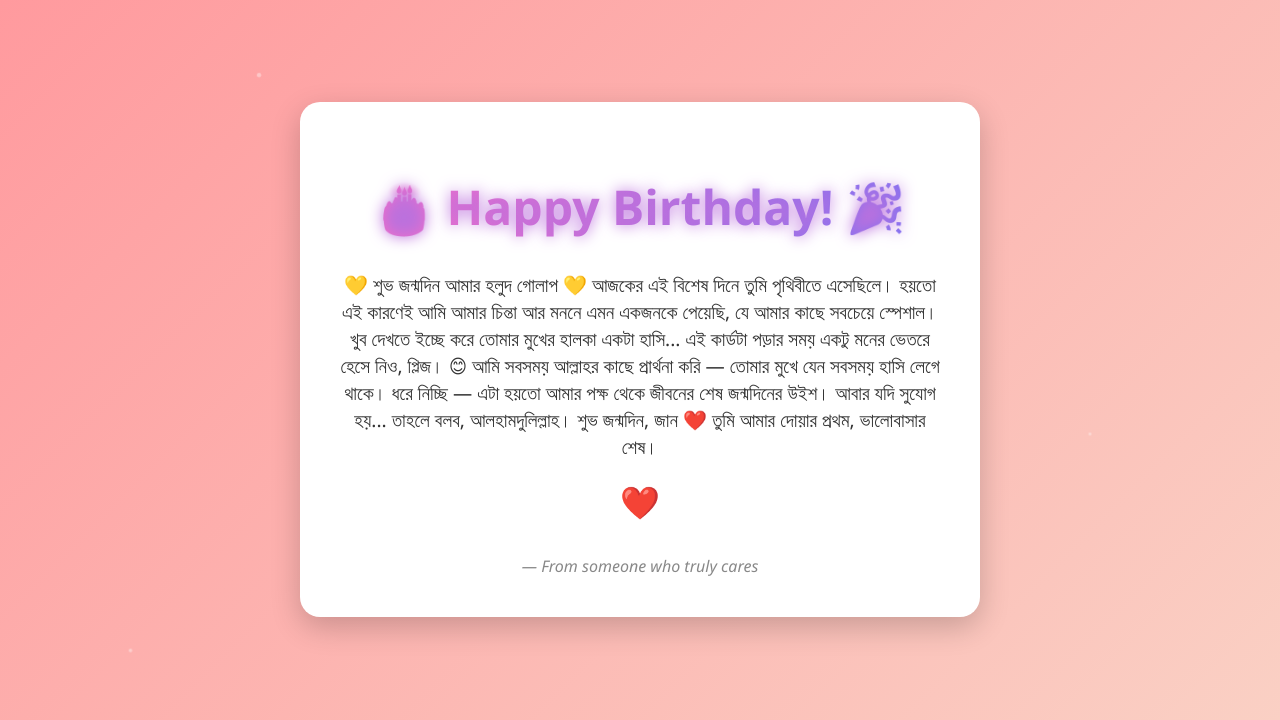
Repository: tanimtanzilislam/Card
Page: index.html
These files come from the project's save history. The page is drawn as it stood at one moment and after the next save; the edit follows.
The browser window is 1280 px wide. The pictures show the whole page.

Above is the page before, as saved 2025-05-29 21:15:40.

### index.html
<!DOCTYPE html>
<html lang="en">
<head>
  <meta charset="UTF-8">
  <title>Happy Birthday!</title>
  <style>
    body {
      margin: 0;
      padding: 0;
      background: linear-gradient(135deg, #ff9a9e 0%, #fad0c4 100%);
      font-family: 'Segoe UI', Tahoma, Geneva, Verdana, sans-serif;
      display: flex;
      align-items: center;
      justify-content: center;
      height: 100vh;
      overflow: hidden;
    }

    .card {
      background: white;
      border-radius: 20px;
      box-shadow: 0 10px 30px rgba(0,0,0,0.2);
      padding: 40px;
      max-width: 600px;
      text-align: center;
      animation: popIn 1s ease-out forwards;
      transform: scale(0.5);
    }

    @keyframes popIn {
      to {
        transform: scale(1);
      }
    }

    h1 {
      font-size: 3em;
      background: linear-gradient(90deg, #ff6ec4, #7873f5);
      -webkit-background-clip: text;
      -webkit-text-fill-color: transparent;
      animation: glow 2s ease-in-out infinite alternate;
    }

    @keyframes glow {
      from {
        text-shadow: 0 0 10px #ff6ec4;
      }
      to {
        text-shadow: 0 0 20px #7873f5;
      }
    }

    p {
      font-size: 1.2em;
      color: #333;
      margin-top: 20px;
    }

    .stars {
      position: absolute;
      width: 100%;
      height: 100%;
      overflow: hidden;
      top: 0;
      left: 0;
      z-index: -1;
    }

    .stars span {
      position: absolute;
      display: block;
      background: white;
      border-radius: 50%;
      animation: twinkle 3s infinite ease-in-out alternate;
    }

    @keyframes twinkle {
      0% { opacity: 0.2; transform: scale(0.5); }
      100% { opacity: 1; transform: scale(1.5); }
    }

    .signature {
      margin-top: 30px;
      font-style: italic;
      color: #888;
    }

    .heart {
      color: red;
      font-size: 2rem;
      animation: pulse 1s infinite;
    }

    @keyframes pulse {
      0%, 100% { transform: scale(1); }
      50% { transform: scale(1.3); }
    }
  </style>
</head>
<body>

  <div class="stars">
    <!-- Generating twinkling stars -->
    <span style="top:10%; left:20%; width:6px; height:6px;"></span>
    <span style="top:30%; left:70%; width:5px; height:5px;"></span>
    <span style="top:80%; left:40%; width:7px; height:7px;"></span>
    <span style="top:60%; left:85%; width:4px; height:4px;"></span>
    <span style="top:20%; left:50%; width:6px; height:6px;"></span>
    <span style="top:90%; left:10%; width:5px; height:5px;"></span>
  </div>

  <div class="card">
    <h1>🎂 Happy Birthday! 🎉</h1>
    <p>
      💛 শুভ জন্মদিন আমার হলুদ গোলাপ 💛

আজকের এই বিশেষ দিনে তুমি পৃথিবীতে এসেছিলে।
হয়তো এই কারণেই আমি আমার চিন্তা আর মননে এমন একজনকে পেয়েছি,
যে আমার কাছে সবচেয়ে স্পেশাল।

খুব দেখতে ইচ্ছে করে তোমার মুখের হালকা একটা হাসি...
এই কার্ডটা পড়ার সময় একটু মনের ভেতরে হেসে নিও, প্লিজ। 😊

আমি সবসময় আল্লাহর কাছে প্রার্থনা করি —
তোমার মুখে যেন সবসময় হাসি লেগে থাকে।

ধরে নিচ্ছি — এটা হয়তো আমার পক্ষ থেকে জীবনের শেষ জন্মদিনের উইশ।
আবার যদি সুযোগ হয়... তাহলে বলব, আলহামদুলিল্লাহ।

শুভ জন্মদিন, জান ❤️
তুমি আমার দোয়ার প্রথম, ভালোবাসার শেষ।
    </p>
    <p class="heart">❤️</p>
    <div class="signature">— From someone who truly cares</div>
  </div>

</body>
</html>

After the next save:
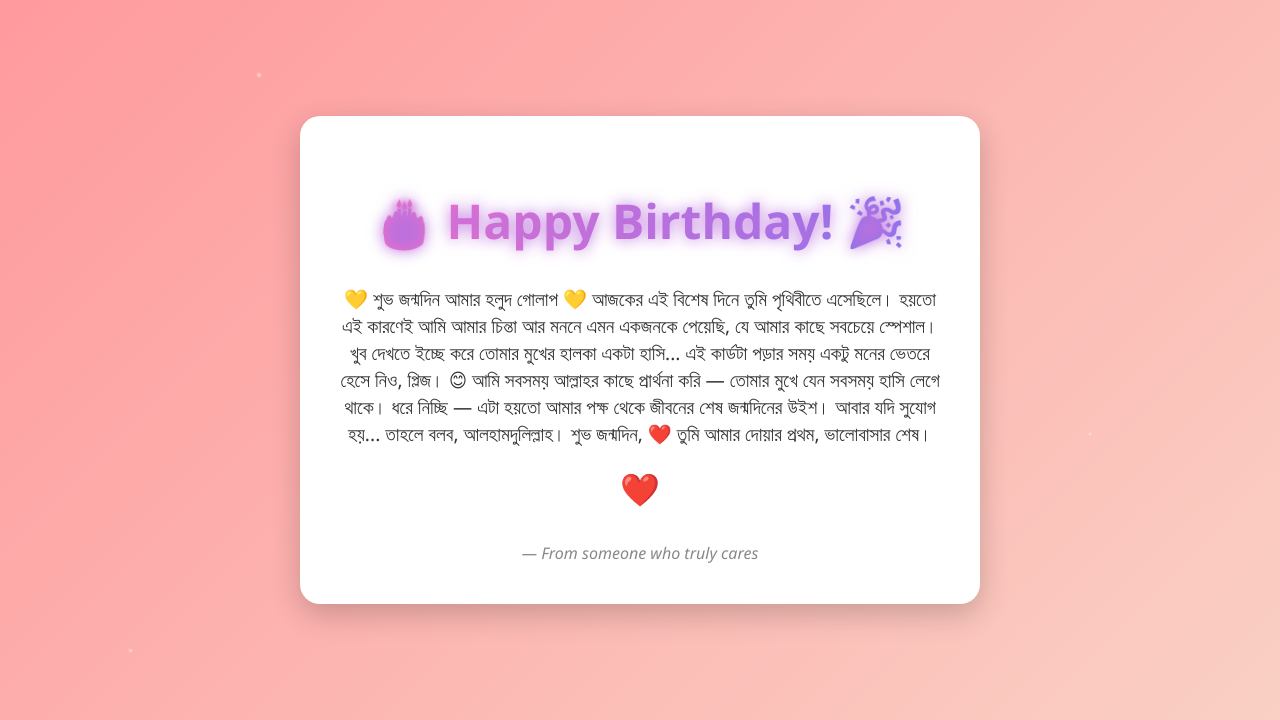
Saved 24 s later.
--- a/index.html
+++ b/index.html
@@ -127,7 +127,7 @@
 ধরে নিচ্ছি — এটা হয়তো আমার পক্ষ থেকে জীবনের শেষ জন্মদিনের উইশ।
 আবার যদি সুযোগ হয়... তাহলে বলব, আলহামদুলিল্লাহ।
 
-শুভ জন্মদিন, জান ❤️
+শুভ জন্মদিন,  ❤️
 তুমি আমার দোয়ার প্রথম, ভালোবাসার শেষ।
     </p>
     <p class="heart">❤️</p>
